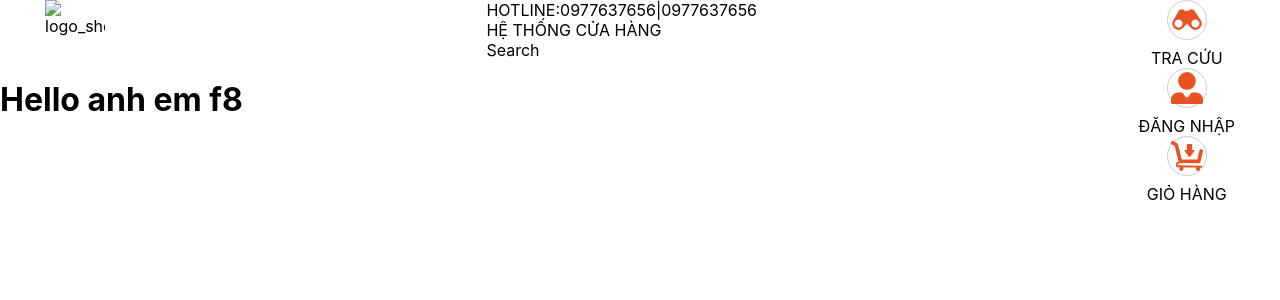
Repository: manhhieu120499/BadmintonShop
Page: /
The author's editor kept a copy of each file at every save. The page is drawn from the files as they stood at one save, then again after the next save.
The browser window is 1280 px wide. The pictures show the whole page.
The project was rebuilt for these pictures with package versions that can differ from the ones it lists, and the page was loaded fresh each time.

Above is the page before, as saved 2024-08-19 09:52:09.

After the next save:
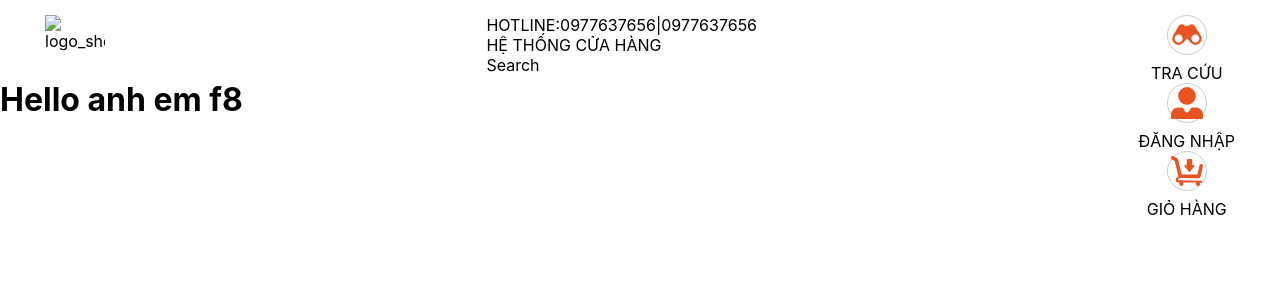
Saved 27 s later.
--- a/src/layouts/components/Header/Header.module.scss
+++ b/src/layouts/components/Header/Header.module.scss
@@ -1,7 +1,7 @@
 .wrapper {
 	height: 80px;
 	width: 100%;
-	padding: 0 45px;
+	padding: 15px 45px;
 	display: flex;
 	justify-content: space-between;
 }
